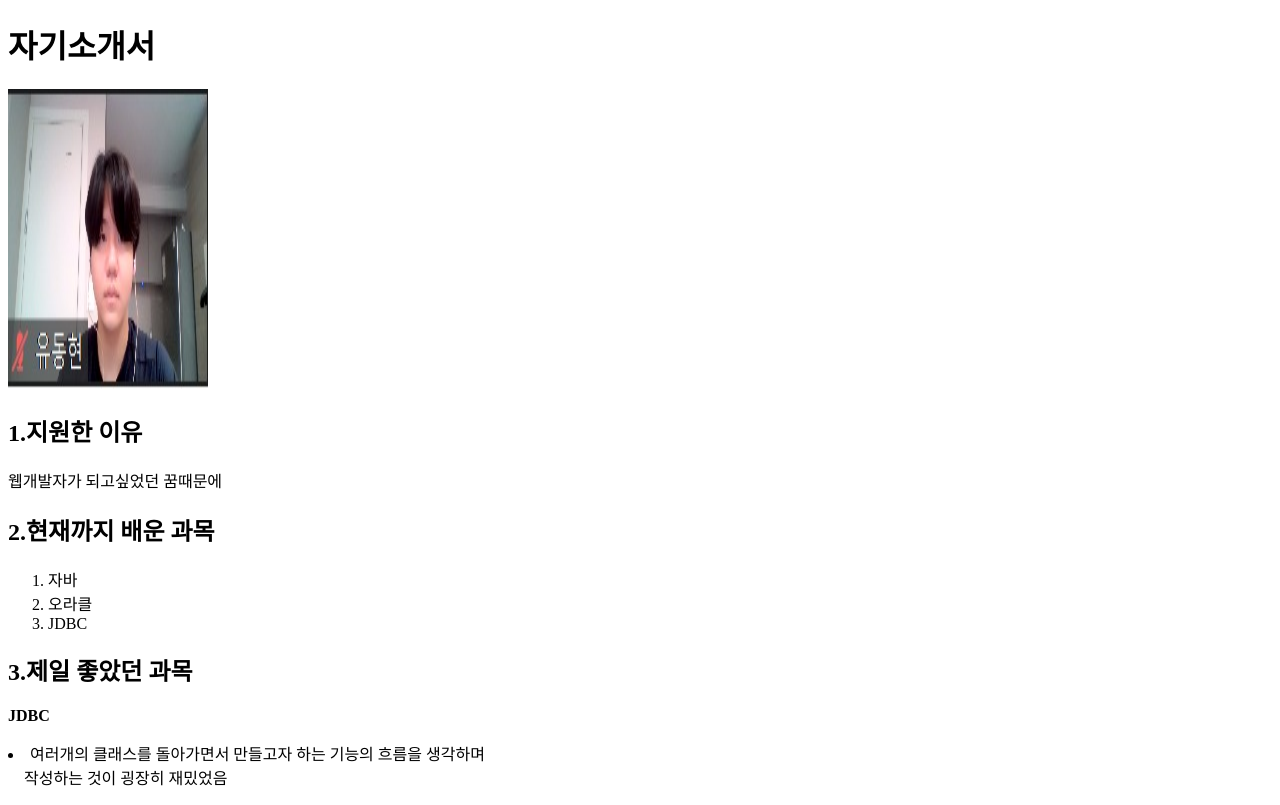
Repository: DongHyenYoo/DongHyen
Page: JdbcStudy/HTMLTEST/WebContent/SelfIntro.html
These files come from the project's save history. The page is drawn as it stood at one moment and after the next save; the edit follows.
The browser window is 1280 px wide. The pictures show the whole page.

Above is the page before, as saved 2022-09-23 07:27:21.

### JdbcStudy/HTMLTEST/WebContent/SelfIntro.html
<!DOCTYPE html>
<html>
<head>
<meta charset="UTF-8">
<title>Insert title here</title>
</head>
<body>
	<h1>자기소개서</h1>

	<img src="Test.jpg" width="200" height = "300">
	<h2>1.지원한 이유</h2>
	<p>웹개발자가 되고싶었던 꿈때문에</p>


	<h2>2.현재까지 배운 과목</h2>
	<p>
	<ol>
		<li>자바</li>
		<li>오라클</li>
		<li>JDBC</li>
	</ol>
	</p>


	<h2>3.제일 좋았던 과목</h2>
	<p>
		<strong>JDBC</strong>
	<li>여러개의 클래스를 돌아가면서 만들고자 하는 기능의 흐름을 생각하며<br>
		&nbsp;&nbsp;&nbsp;&nbsp;작성하는 것이 굉장히 재밌었음
	</li>
	</p>






</body>
</html>

After the next save:
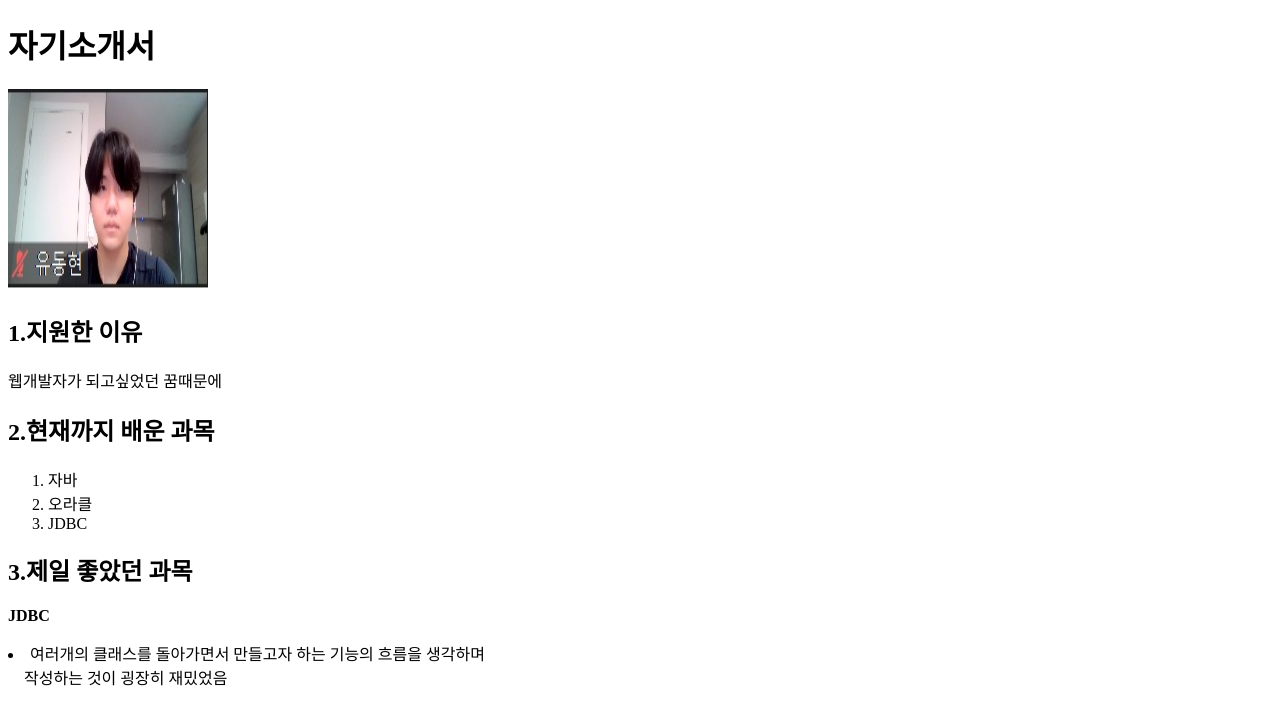
Saved 11 s later.
--- a/JdbcStudy/HTMLTEST/WebContent/SelfIntro.html
+++ b/JdbcStudy/HTMLTEST/WebContent/SelfIntro.html
@@ -7,7 +7,7 @@
 <body>
 	<h1>자기소개서</h1>
 
-	<img src="Test.jpg" width="200" height = "300">
+	<img src="Test.jpg" width="200" height = "200">
 	<h2>1.지원한 이유</h2>
 	<p>웹개발자가 되고싶었던 꿈때문에</p>
 
